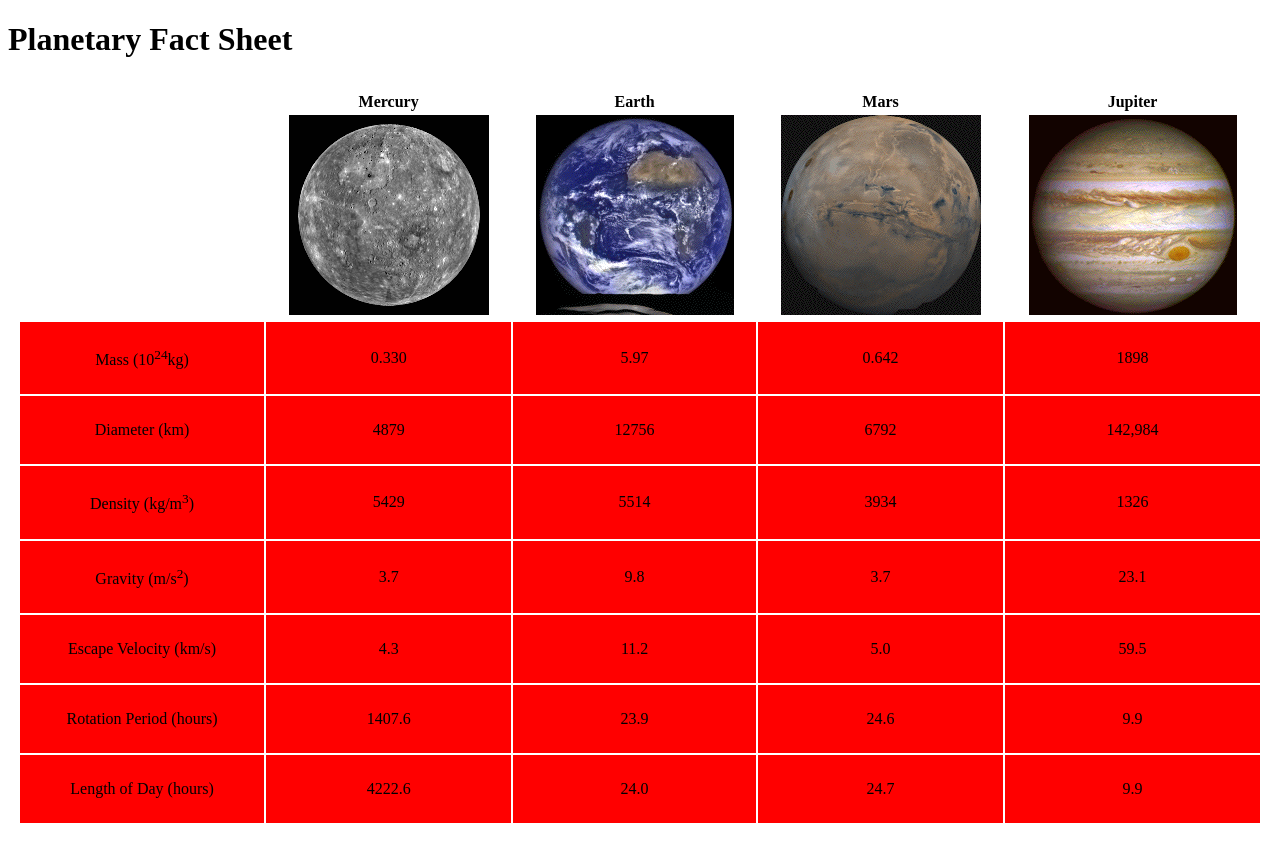
Repository: rishondass/ITMD361-Lab5
Page: index.html
The author's editor kept a copy of each file at every save. The page is drawn from the files as they stood at one save, then again after the next save.
The browser window is 1280 px wide. The pictures show the whole page.

Above is the page before, as saved 2023-02-22 19:08:08.

### index.html
<!DOCTYPE html>
<html lang="en">
<head>
  <meta charset="utf-8">
  <title>Planetary Fact Sheet</title>
  <link rel="stylesheet" href="css/style.css">
</head>
<body>
  <h1>Planetary Fact Sheet</h1>
  <table id="planets">
    <tr>
      <th></th>
      <th>Mercury</th>
      <th>Earth</th>
      <th>Mars</th>
      <th>Jupiter</th>
    </tr>
    <tr>
      <td></td>
      <td><img src="images/mercury.gif" alt="image_of_Mercury"></td>
      <td><img src="images/earth.gif" alt="image_of_Earth"></td>
      <td><img src="images/mars.gif" alt="image_of_Mars"></td>
      <td><img src="images/jupiter.gif" alt="image_of_Jupiter"></td>
    </tr>
    <tr class="data">
      <td>Mass (10<sup>24</sup>kg)</td>
      <td>0.330</td>
      <td>5.97</td>
      <td>0.642</td>
      <td>1898</td>
    </tr>
    <tr class="data">
      <td>Diameter (km)</td>
      <td>4879</td>
      <td>12756</td>
      <td>6792</td>
      <td>142,984</td>
    </tr>
    <tr class="data">
      <td>Density (kg/m<sup>3</sup>)</td>
      <td>5429</td>
      <td>5514</td>
      <td>3934</td>
      <td>1326</td>
    </tr>
    <tr class="data">
      <td>Gravity (m/s<sup>2</sup>)</td>
      <td>3.7</td>
      <td>9.8</td>
      <td>3.7</td>
      <td>23.1</td>
    </tr>
    <tr class="data">
      <td>Escape Velocity (km/s)</td>
      <td>4.3</td>
      <td>11.2</td>
      <td>5.0</td>
      <td>59.5</td>
    </tr>
    <tr class="data">
      <td>Rotation Period (hours)</td>
      <td>1407.6</td>
      <td>23.9</td>
      <td>24.6</td>
      <td>9.9</td>
    </tr>
    <tr class="data">
      <td>Length of Day (hours)</td>
      <td>4222.6</td>
      <td>24.0</td>
      <td>24.7</td>
      <td>9.9</td>
    </tr>
  </table>
</body>

### css/style.css
#planets {
	border: none;
  padding: 10px;
  /* background-color: aqua; */
  width: 100%;
  text-align: center;
  /* height: 80vh; */
}

.data td{
  background-color: red;
  padding: 25px;
}

.data td:nth-child(even){
  background-color: red;
  padding: 25px;
}

After the next save:
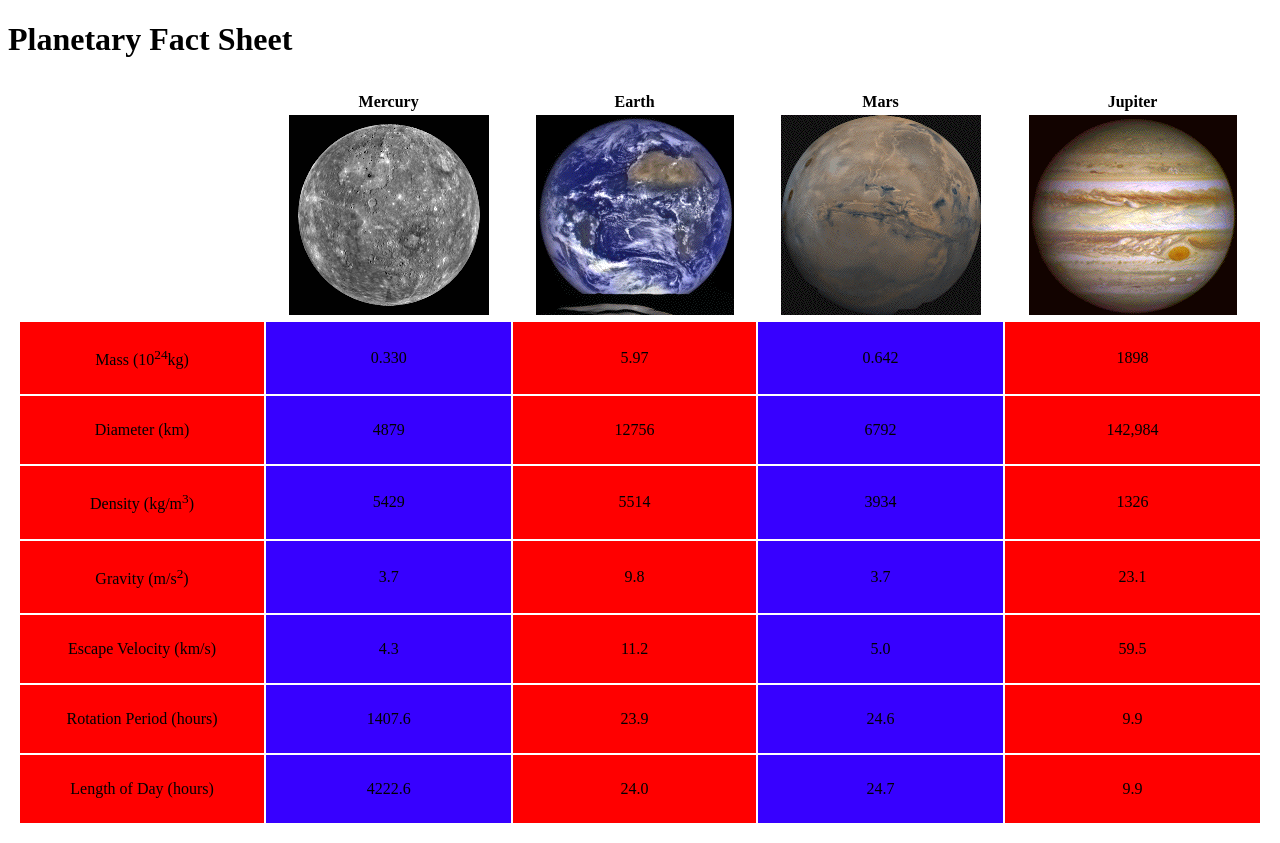
Saved 5 s later.
--- a/css/style.css
+++ b/css/style.css
@@ -13,6 +13,6 @@
 }
 
 .data td:nth-child(even){
-  background-color: red;
+  background-color: rgb(55, 0, 255);
   padding: 25px;
 }

After the save that followed:
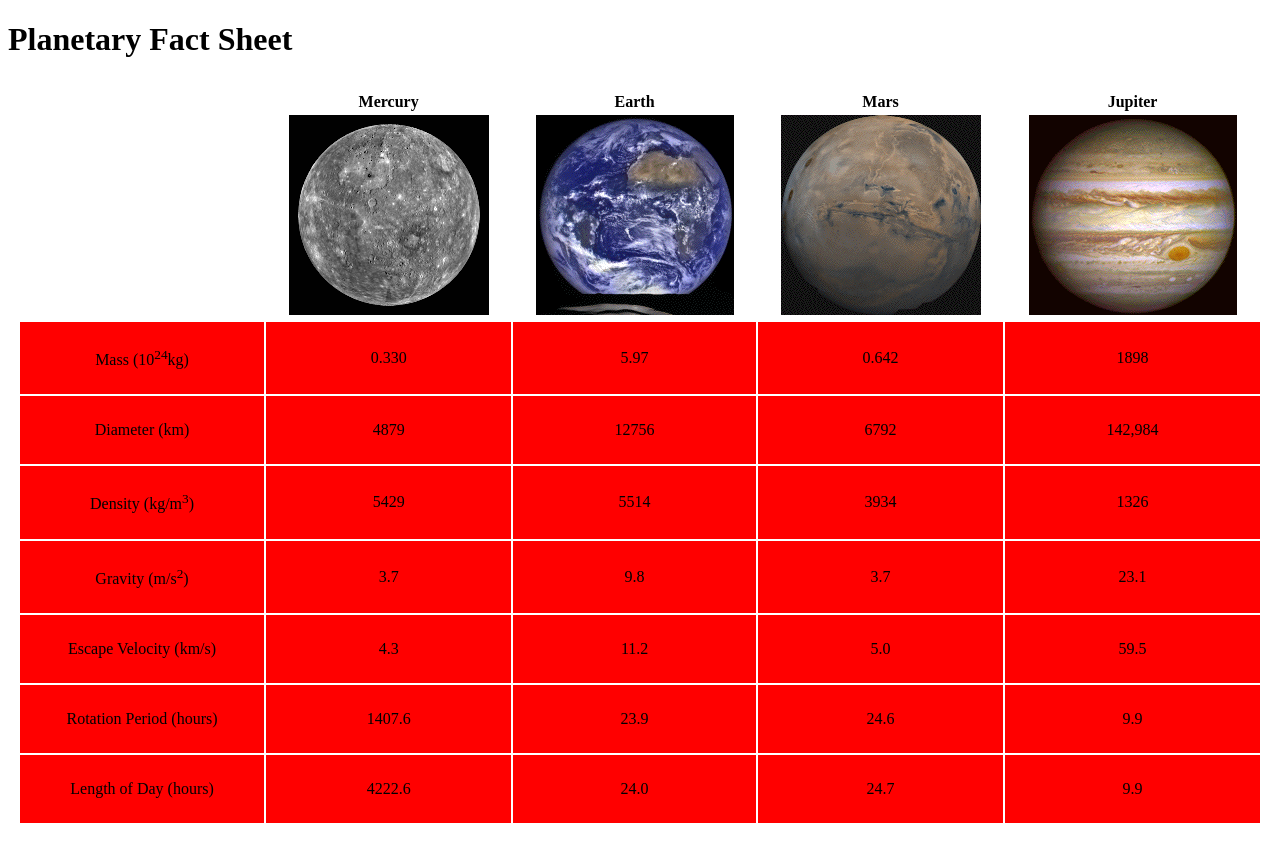
Saved 7 s later.
--- a/css/style.css
+++ b/css/style.css
@@ -12,7 +12,7 @@
   padding: 25px;
 }
 
-.data td:nth-child(even){
+.data tr:nth-child(even){
   background-color: rgb(55, 0, 255);
   padding: 25px;
 }
